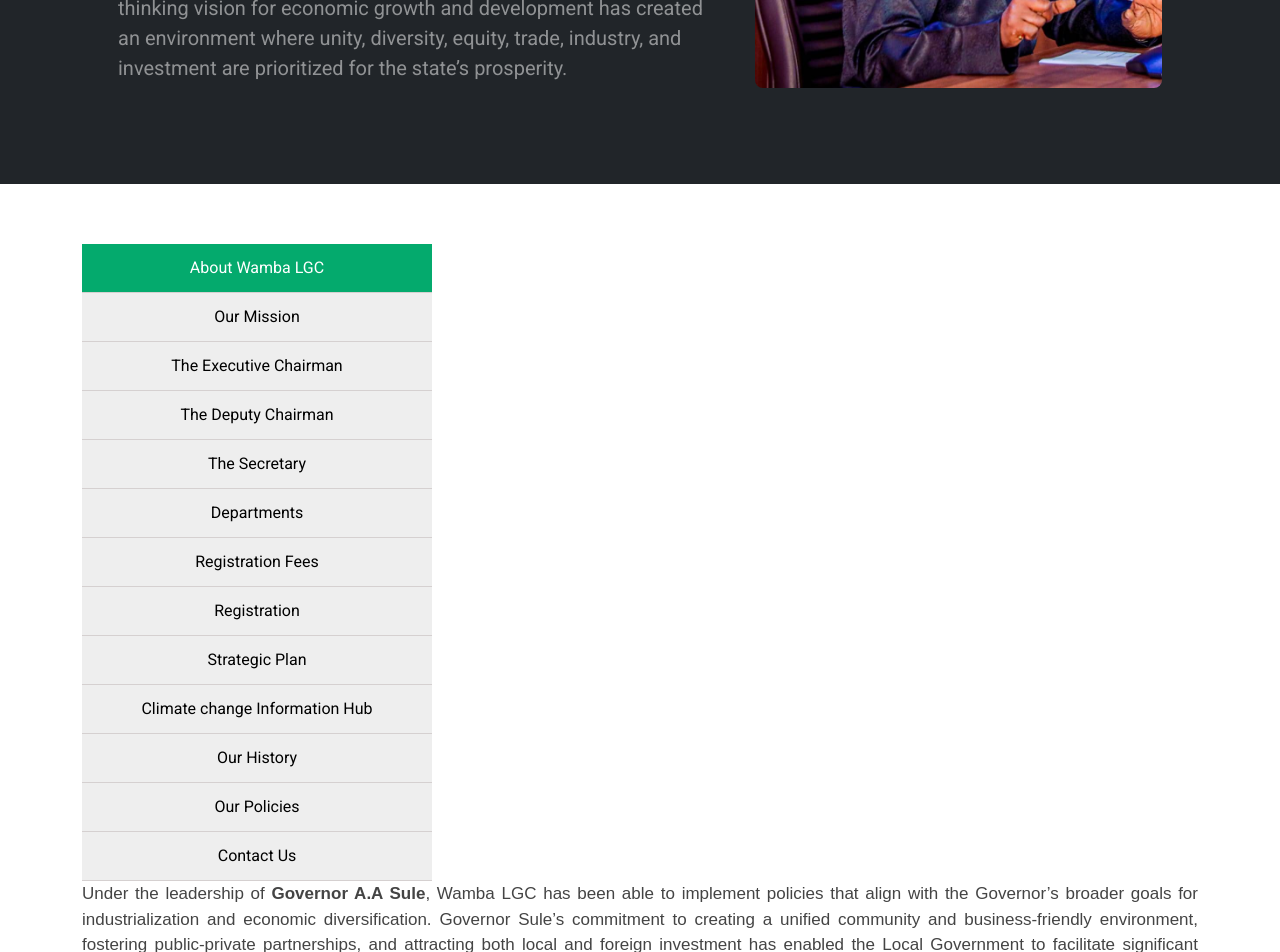
Repository: GlorifiedIntel/wamba-lgc
Page: leadership.html
These files come from the project's save history. The page is drawn as it stood at one moment and after the next save; the edit follows.
The browser window is 1280 px wide. The pictures show the part of the page from y = 514 to 1466 px (the page is 2897 px tall before and 2455 px after).
A picture or video elsewhere on the page could not be fetched, so the positions and the page height are approximate.

Above is the page before, as saved 2025-02-06 04:36:28.
Console error: TypeError: Cannot read properties of null (reading 'click')

After the next save:
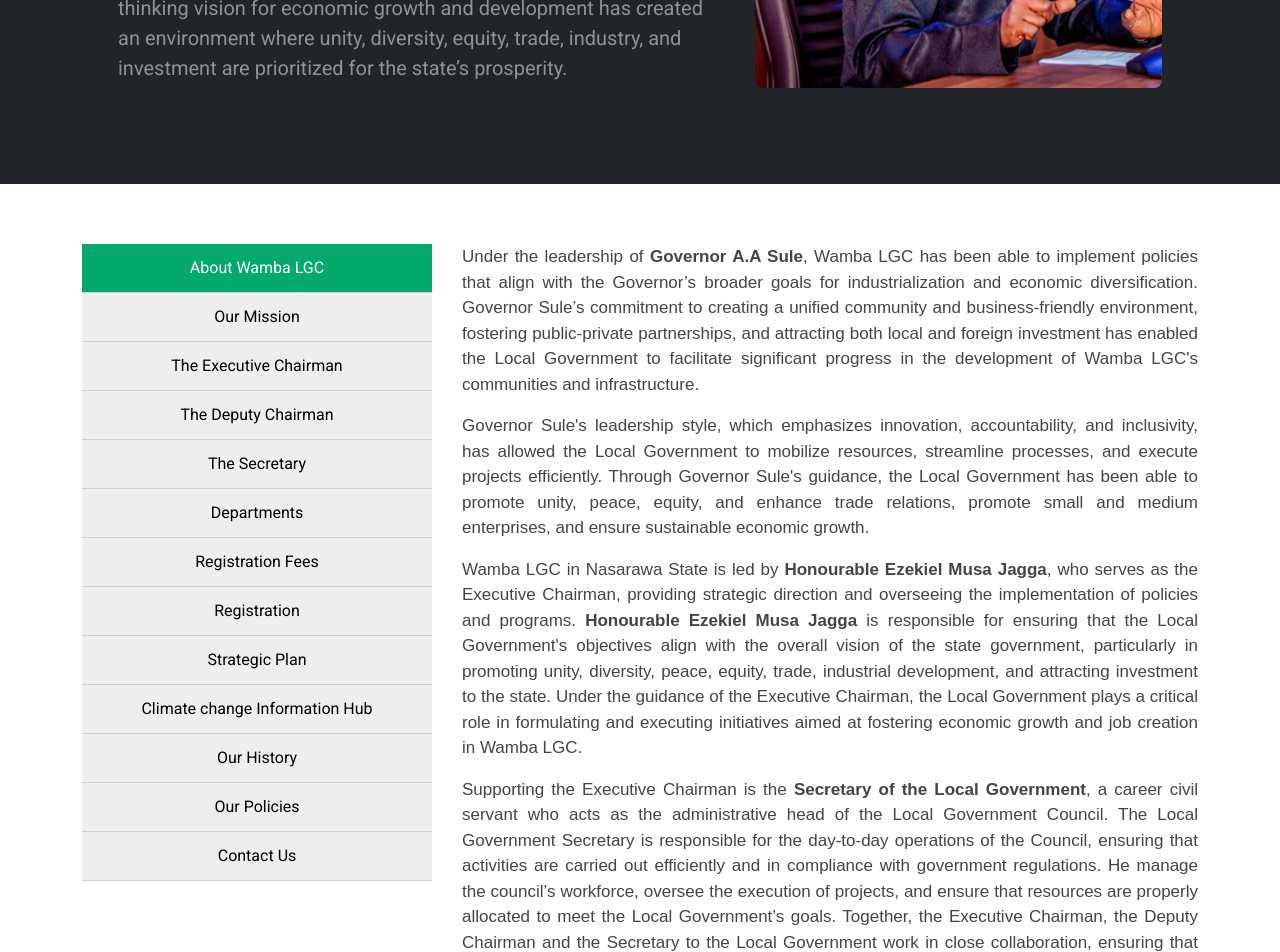
Saved 55 s later.
--- a/leadership.html
+++ b/leadership.html
@@ -133,8 +133,8 @@
           </div>
         </div>
     <!-- Section Title -->
-    <div class="container section-title" data-aos="fade-up">
-      <p class="elhanan">Under the leadership of <strong>Governor A.A Sule</strong>, Wamba LGC has been able to implement
+    <div class="col-md-8 right-column text-start">
+     <p class="elhanan">Under the leadership of <strong>Governor A.A Sule</strong>, Wamba LGC has been able to implement
         policies that align with the Governor’s broader goals for industrialization and economic
         diversification. Governor Sule’s commitment to creating a unified community and  business-friendly environment,
         fostering public-private partnerships, and attracting both local and foreign investment has
